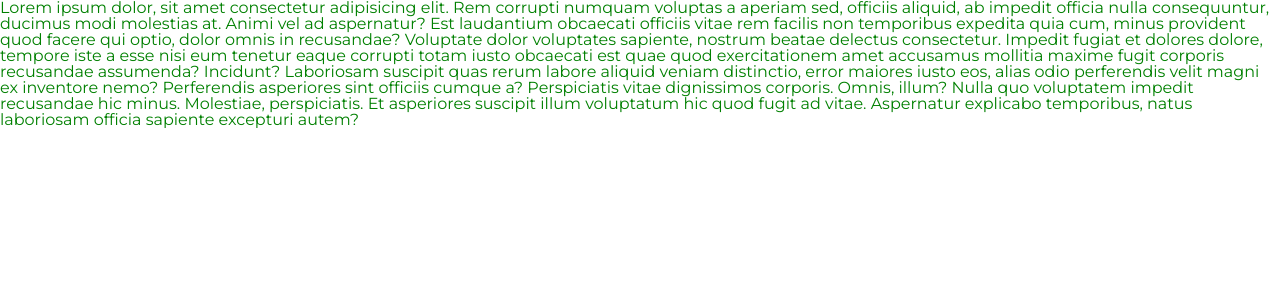
Repository: usalokiN/simple-project
Page: index.html
The author's editor kept a copy of each file at every save. The page is drawn from the files as they stood at one save, then again after the next save.
The browser window is 1280 px wide. The pictures show the whole page.

Above is the page before, as saved 2022-01-15 20:06:50.

### index.html
<!DOCTYPE html>
<html lang="en">

<head>
    <meta charset="UTF-8">
    <meta http-equiv="X-UA-Compatible" content="IE=edge">
    <meta name="viewport" content="width=device-width, initial-scale=1.0">
    <link rel="stylesheet" href="https://fonts.googleapis.com/css?family=Montserrat:regular,500,600,700,800&display=swap">
    <link rel="stylesheet" href="css/style.css">
    <meta author="NikoDyachenko">
    <title>Simple project</title>


</head>

<body>
    <div class="wrapper">
        <header class="header">
            <div class="header__container _container">
                Lorem ipsum dolor, sit amet consectetur adipisicing elit. Rem corrupti numquam voluptas a aperiam sed, officiis aliquid, ab impedit officia nulla consequuntur, ducimus modi molestias at. Animi vel ad aspernatur? Est laudantium obcaecati officiis vitae
                rem facilis non temporibus expedita quia cum, minus provident quod facere qui optio, dolor omnis in recusandae? Voluptate dolor voluptates sapiente, nostrum beatae delectus consectetur. Impedit fugiat et dolores dolore, tempore iste a
                esse nisi eum tenetur eaque corrupti totam iusto obcaecati est quae quod exercitationem amet accusamus mollitia maxime fugit corporis recusandae assumenda? Incidunt? Laboriosam suscipit quas rerum labore aliquid veniam distinctio, error
                maiores iusto eos, alias odio perferendis velit magni ex inventore nemo? Perferendis asperiores sint officiis cumque a? Perspiciatis vitae dignissimos corporis. Omnis, illum? Nulla quo voluptatem impedit recusandae hic minus. Molestiae,
                perspiciatis. Et asperiores suscipit illum voluptatum hic quod fugit ad vitae. Aspernatur explicabo temporibus, natus laboriosam officia sapiente excepturi autem?
            </div>
        </header>
    </div>
</body>

</html>

### css/style.css
*,
::before,
::after {
    padding: 0;
    margin: 0;
    bottom: 0;
    box-sizing: border-box;
}

a {
    text-decoration: none;
}

ul,
ol,
li {
    list-style: none;
}

img {
    vertical-align: top;
}

h1,
h2,
h3,
h4,
h5,
h6 {
    font-weight: inherit;
    font-style: inherit;
}

html,
body {
    height: 100%;
    line-height: 1;
    font-size: 16px;
    color: #000;
    font-family: Montserrat;
}

.wrapper {
    min-width: 100%;
    overflow: hidden;
}

._container {
    min-width: 1046px;
    margin: 0px auto;
    color: green;
}

After the next save:
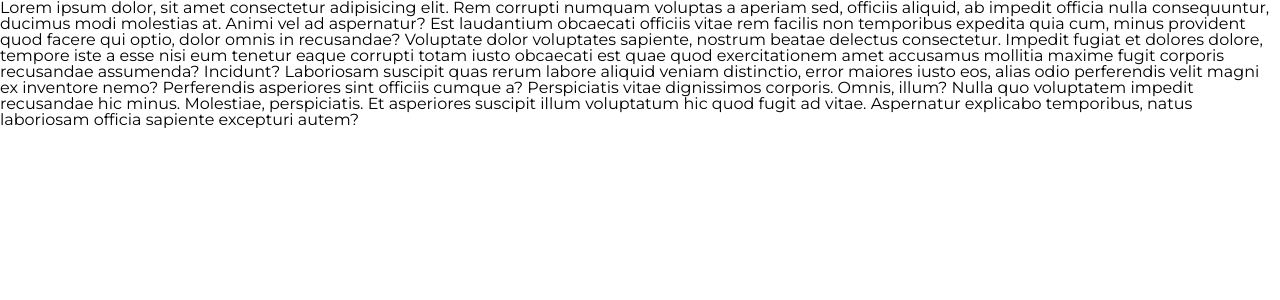
Saved 11 s later.
--- a/css/style.css
+++ b/css/style.css
@@ -48,5 +48,4 @@ body {
 ._container {
     min-width: 1046px;
     margin: 0px auto;
-    color: green;
 }
